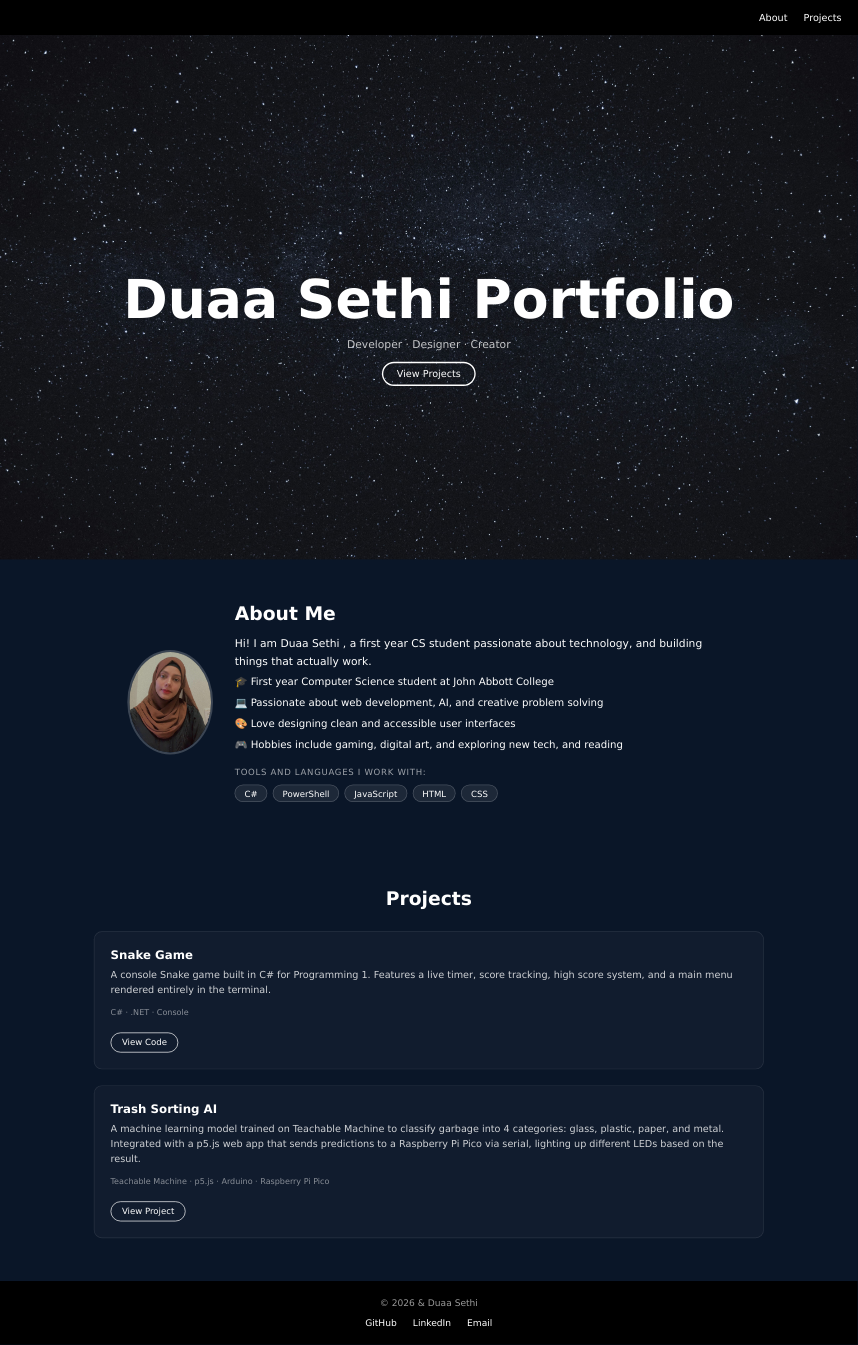
Repository: Duaa-Sethi/Duaa-Sethi
Page: index.html
An editor plug-in stored every save of this project. The page is shown before and after the next save, followed by the edit.
The browser window is 1280 px wide. The pictures show the whole page, at 67% of full size.
Some web fonts or font styles are not loaded; a fallback is used.

Above is the page before, as saved 2026-05-04 13:35:50.

After the next save:
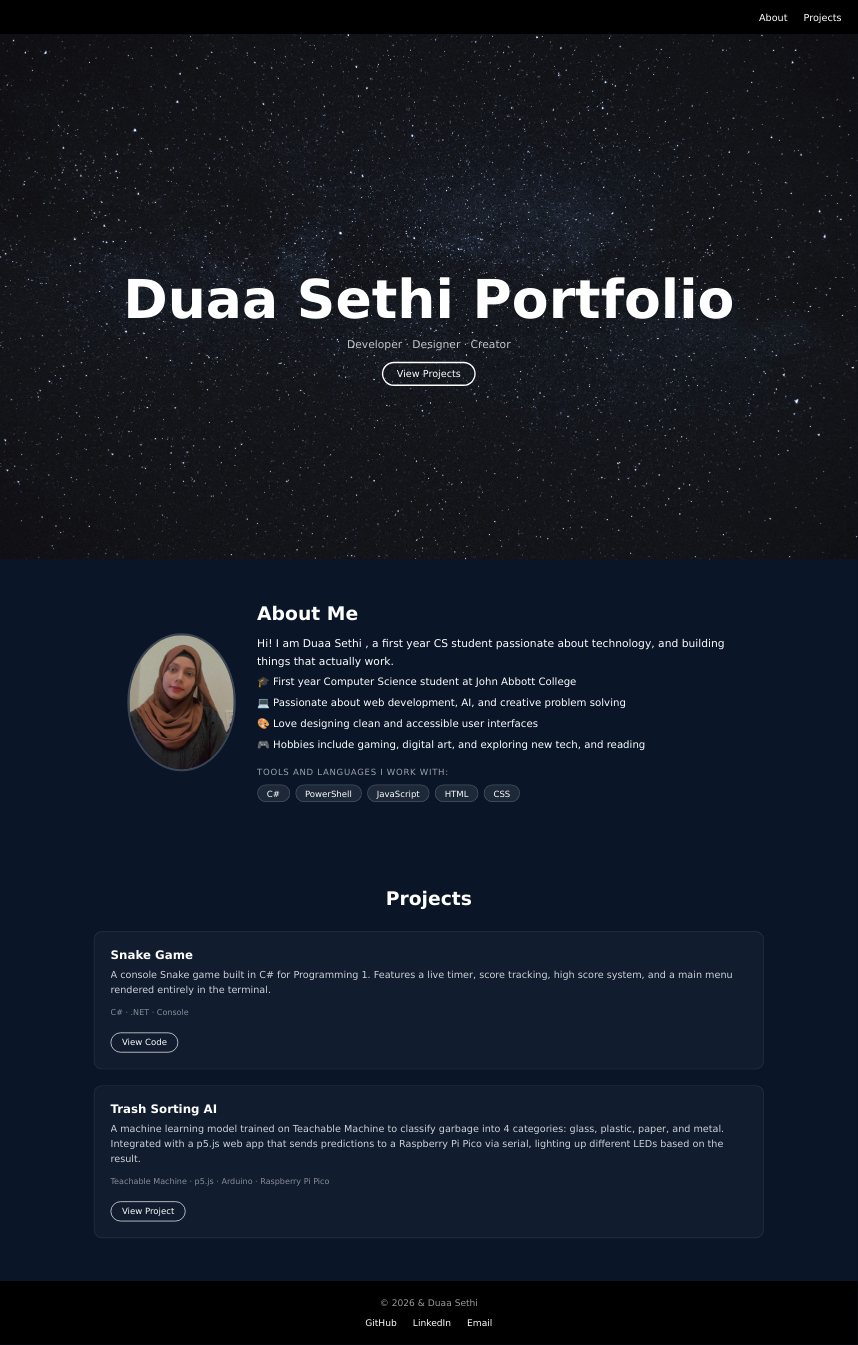
Saved 17 min 42 s later.
--- a/styles/index.css
+++ b/styles/index.css
@@ -76,6 +76,14 @@
   border-radius: 50%;
   object-fit: cover;
   border: 3px solid rgba(255, 255, 255, 0.2);
+}
+.about img {
+  width: 200px;
+  height: 200px;
+  border-radius: 50%;
+  overflow: hidden;
+  display: inline-block;
+  vertical-align: middle;
 }
 
 .about h2 {

After the save that followed:
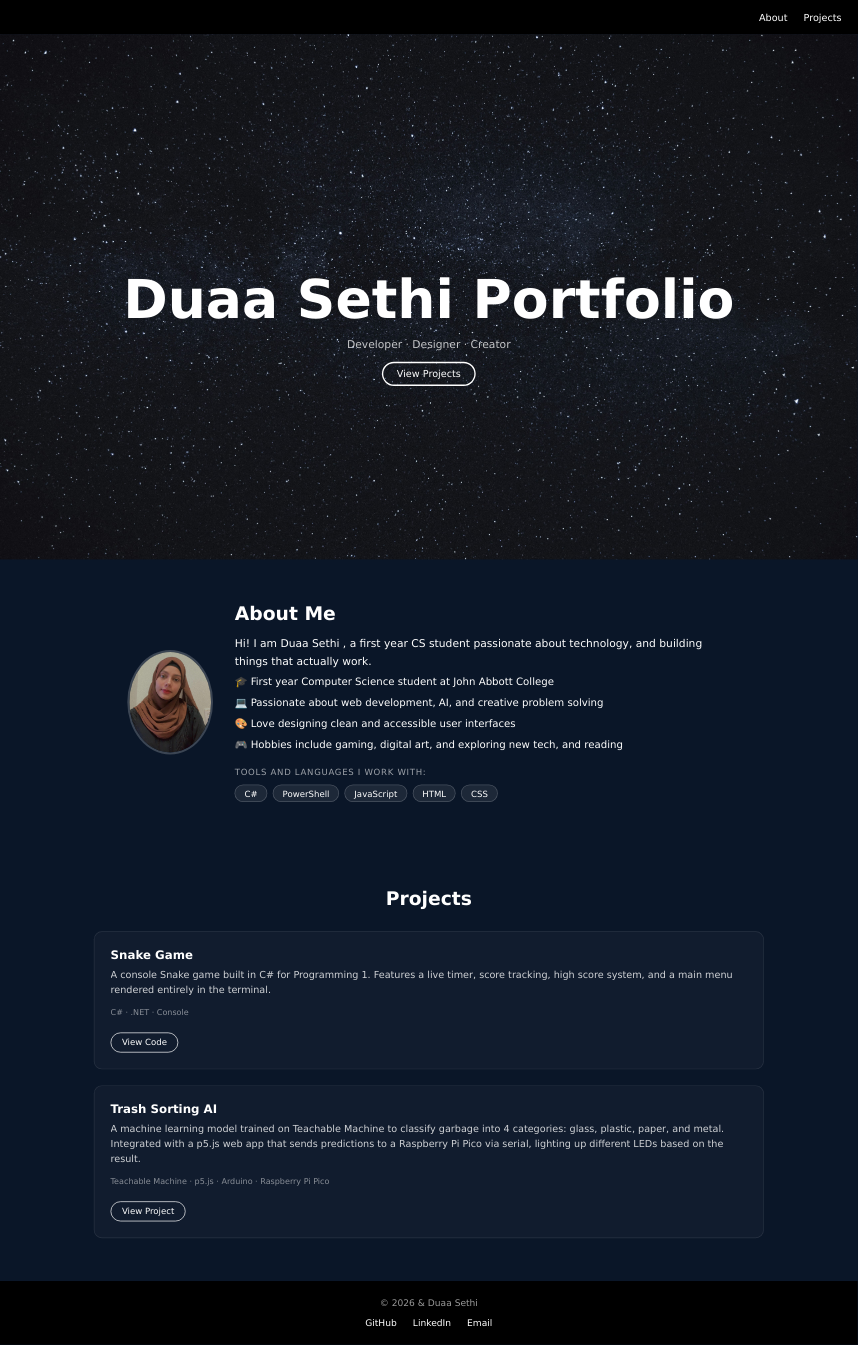
Saved 94 s later.
--- a/styles/index.css
+++ b/styles/index.css
@@ -76,14 +76,6 @@
   border-radius: 50%;
   object-fit: cover;
   border: 3px solid rgba(255, 255, 255, 0.2);
-}
-.about img {
-  width: 200px;
-  height: 200px;
-  border-radius: 50%;
-  overflow: hidden;
-  display: inline-block;
-  vertical-align: middle;
 }
 
 .about h2 {
